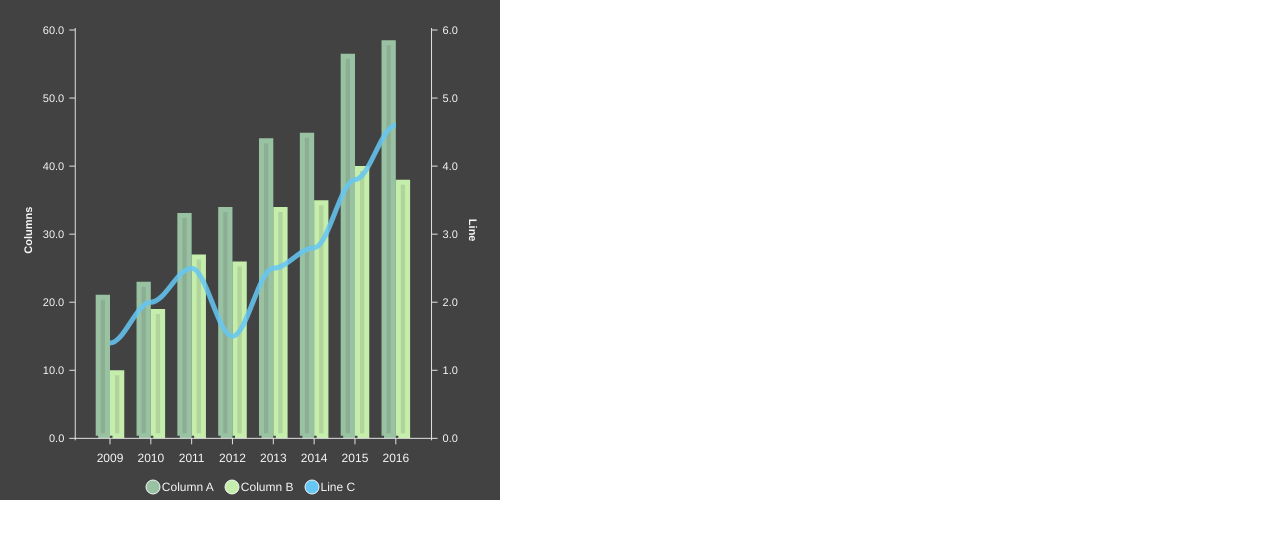
Repository: wanted-pre-onboarding-internship-1team/pre-onboarding-9th-3-1
Page: /
The author's editor kept a copy of each file at every save. The page is drawn from the files as they stood at one save, then again after the next save.
The browser window is 1280 px wide. The pictures show the whole page.
The project was rebuilt for these pictures with package versions that can differ from the ones it lists, and the page was loaded fresh each time.

Above is the page before, as saved 2023-03-15 00:26:34.

### public/index.html
<!DOCTYPE html>
<html lang="en">
  <head>
    <meta charset="utf-8" />
    <link rel="icon" href="%PUBLIC_URL%/favicon.ico" />
    <meta name="viewport" content="width=device-width, initial-scale=1" />
    <meta name="theme-color" content="#000000" />

    <title>React App</title>
  </head>

  <body>
    <div id="root"></div>
  </body>
</html>

### src/index.tsx
import App from './App';
import './index.css';
import React from 'react';
import ReactDOM from 'react-dom/client';
import { BrowserRouter } from 'react-router-dom';

const root = ReactDOM.createRoot(
  document.getElementById('root') as HTMLElement
);
root.render(
  <BrowserRouter>
    <App />
  </BrowserRouter>
);

### src/App.tsx
import Router from './router/router';
import { createGlobalStyle } from 'styled-components';
import reset from 'styled-reset';

const GlobalStyle = createGlobalStyle`
  ${reset}
`;

function App() {
  return (
    <>
      <GlobalStyle />
      <Router />
    </>
  );
}

export default App;

### src/router/router.tsx
import Mainpage from '../pages/Mainpage';
import React from 'react';
import { Route, Routes } from 'react-router-dom';

export default function router() {
  return (
    <Routes>
      <Route path='/' element={<Mainpage />} />
    </Routes>
  );
}

### src/pages/Mainpage.tsx
import { api } from '../apis';
import { GetMockResponse } from '../apis/types/mock';
import useMockList from '../hooks/useMockList';
import axios from 'axios';
import React, { useEffect, useState } from 'react';
import ApexCharts from 'react-apexcharts';

export default function Mainpage() {
  const test = useMockList();
  console.log(test);
  return (
    <div>
      <ApexCharts
        type='line'
        height='500'
        width='500'
        series={[
          {
            name: 'Column A',
            type: 'column',
            data: [21.1, 23, 33.1, 34, 44.1, 44.9, 56.5, 58.5],
          },
          {
            name: 'Column B',
            type: 'column',
            data: [10, 19, 27, 26, 34, 35, 40, 38],
          },
          {
            name: 'Line C',
            type: 'line',
            data: [1.4, 2, 2.5, 1.5, 2.5, 2.8, 3.8, 4.6],
          },
        ]}
        options={{
          theme: {
            mode: 'dark',
          },
          chart: {
            toolbar: {
              show: false,
            },
          },
          grid: { show: false },
          stroke: {
            curve: 'smooth',
            width: 5,
          },
          xaxis: {
            categories: [2009, 2010, 2011, 2012, 2013, 2014, 2015, 2016],
          },
          yaxis: [
            {
              seriesName: 'Column A',
              axisTicks: {
                show: true,
              },
              axisBorder: {
                show: true,
              },
              title: {
                text: 'Columns',
              },
            },
            {
              seriesName: 'Column A',
              show: false,
            },
            {
              opposite: true,
              seriesName: 'Line C',
              axisTicks: {
                show: true,
              },
              axisBorder: {
                show: true,
              },
              title: {
                text: 'Line',
              },
            },
          ],
          colors: ['#99C2A2', '#C5EDAC', '#66C7F4'],
        }}
      />
      {/* <ApexCharts
        height='500'
        width='1000'
        series={[
          {
            name: 'bar',
            type: 'column',
            data: test.barValueList,
          },
          {
            name: 'area',
            type: 'area',
            data: test.areaValueList,
          },
          {
            name: 'id',
            type: 'none',
            data: test.areaValueList,
          },
        ]}
        options={{
          stroke: {
            width: [0, 2, 5],
            curve: 'smooth',
          },
          dataLabels: {
            enabled: false,
          },
          yaxis: [
            {
              seriesName: 'area',
              axisTicks: {
                show: true,
              },
              axisBorder: {
                show: true,
              },
              title: {
                text: 'area1',
              },
            },
            {
              seriesName: 'bar',
              axisTicks: {
                show: true,
              },
              axisBorder: {
                show: true,
              },
              title: {
                text: 'bar',
              },
            },
          ],
          xaxis: {
            categories: test.timeList,
          },
          colors: ['#99C2A2', '#66C7F4', '#caa137'],
        }}
      /> */}
    </div>
  );
}

{
  /* <div>
<ApexCharts
  height='500'
  width='1000'
  series={[
    {
      name: 'TEAM A',
      type: 'column',
      data: test.areaValueList,
    },
  ]}
  options={{
    grid: {
      row: {
        colors: ['#f3f3f3', 'transparent'],
        opacity: 0.5,
      },
    },
    stroke: {
      width: [0, 2, 5],
      curve: 'smooth',
    },

    xaxis: {
      categories: test.timeList,
    },
    colors: ['red', 'blue'],
  }}
/>
</div> */
}

### src/hooks/useMockList.ts
import { api } from '../apis';
import { GetMockResponse } from '../apis/types/mock';
import { useEffect, useState } from 'react';

export default function useMockList() {
  const [originData, setOriginData] = useState<GetMockResponse['response']>();

  const dateList = originData ? Object.keys(originData) : [];

  const timeList = originData
    ? Object.keys(originData).map(time => time.split(' ')[1])
    : [];

  const idList = originData
    ? Object.entries(originData).map(entry => entry[1].id)
    : [];

  const barValueList = originData
    ? Object.entries(originData).map(entry => entry[1].value_bar)
    : [];

  const areaValueList = originData
    ? Object.entries(originData).map(entry => entry[1].value_area)
    : [];

  useEffect(() => {
    api.mock.getMockDatas().then(res => {
      const { data } = res;
      setOriginData(data.response);
    });
  }, []);

  return { timeList, dateList, idList, barValueList, areaValueList };
}

### src/apis/index.ts
import { instance } from './instance';
import MockService from './mockService';

const mockService = new MockService(instance);

export const api = { mock: mockService };

### src/apis/instance.ts
import axios, { AxiosInstance, AxiosRequestConfig, AxiosResponse } from 'axios';

interface CustomInstance extends AxiosInstance {
  get<T = unknown, R = AxiosResponse<T>, D = unknown>(
    url: string,
    config?: AxiosRequestConfig<D>
  ): Promise<R>;
}

const instance: CustomInstance = axios.create({
  baseURL: '/',
});

export { instance };

### src/apis/mockService.ts
import { instance } from './instance';
import { GetMockResponse } from './types/mock';

export default class MockService {
  constructor(private api: typeof instance) {}
  getMockDatas = async () => this.api.get<GetMockResponse>('data/mock.json');
}

### public/data/mock.json
{
  "type": "Flexsys Mock API",
  "version": 1.0,
  "response": {
    "2023-02-01 14:32:00": {
      "id": "성북구",
      "value_area": 46,
      "value_bar": 13111
    },
    "2023-02-01 14:32:05": {
      "id": "강남구",
      "value_area": 9,
      "value_bar": 19143
    },
    "2023-02-01 14:32:10": {
      "id": "노원구",
      "value_area": 79,
      "value_bar": 14798
    },
    "2023-02-01 14:32:15": {
      "id": "중랑구",
      "value_area": 4,
      "value_bar": 14456
    },
    "2023-02-01 14:32:20": {
      "id": "노원구",
      "value_area": 97,
      "value_bar": 19116
    },
    "2023-02-01 14:32:25": {
      "id": "성북구",
      "value_area": 66,
      "value_bar": 18098
    },
    "2023-02-01 14:32:30": {
      "id": "중랑구",
      "value_area": 84,
      "value_bar": 16243
    },
    "2023-02-01 14:32:35": {
      "id": "강남구",
      "value_area": 5,
      "value_bar": 13100
    },
    "2023-02-01 14:32:40": {
      "id": "성북구",
      "value_area": 13,
      "value_bar": 19429
    },
    "2023-02-01 14:32:45": {
      "id": "노원구",
      "value_area": 50,
      "value_bar": 14923
    },
    "2023-02-01 14:32:50": {
      "id": "강남구",
      "value_area": 24,
      "value_bar": 10127
    },
    "2023-02-01 14:32:55": {
      "id": "강남구",
      "value_area": 98,
      "value_bar": 12583
    },
    "2023-02-01 14:33:00": {
      "id": "중랑구",
      "value_area": 7,
      "value_bar": 12310
    },
    "2023-02-01 14:33:05": {
      "id": "중랑구",
      "value_area": 21,
      "value_bar": 15764
    },
    "2023-02-01 14:33:10": {
      "id": "강남구",
      "value_area": 67,
      "value_bar": 11060
    },
    "2023-02-01 14:33:15": {
      "id": "강남구",
      "value_area": 69,
      "value_bar": 14857
    },
    "2023-02-01 14:33:20": {
      "id": "노원구",
      "value_area": 86,
      "value_bar": 13995
    },
    "2023-02-01 14:33:25": {
      "id": "중랑구",
      "value_area": 59,
      "value_bar": 14773
    },
    "2023-02-01 14:33:30": {
      "id": "노원구",
      "value_area": 77,
      "value_bar": 18347
    },
    "2023-02-01 14:33:35": {
      "id": "성북구",
      "value_area": 77,
      "value_bar": 15970
    },
    "2023-02-01 14:33:40": {
      "id": "성북구",
      "value_area": 27,
      "value_bar": 18577
    },
    "2023-02-01 14:33:45": {
      "id": "성북구",
      "value_area": 33,
      "value_bar": 11704
    },
    "2023-02-01 14:33:50": {
      "id": "성북구",
      "value_area": 17,
      "value_bar": 17241
    },
    "2023-02-01 14:33:55": {
      "id": "노원구",
      "value_area": 22,
      "value_bar": 14450
    },
    "2023-02-01 14:34:00": {
      "id": "중랑구",
      "value_area": 27,
      "value_bar": 14970
    },
    "2023-02-01 14:34:05": {
      "id": "중랑구",
      "value_area": 99,
      "value_bar": 17906
    },
    "2023-02-01 14:34:10": {
      "id": "강남구",
      "value_area": 65,
      "value_bar": 11233
    },
    "2023-02-01 14:34:15": {
      "id": "노원구",
      "value_area": 38,
      "value_bar": 17306
    },
    "2023-02-01 14:34:20": {
      "id": "성북구",
      "value_area": 63,
      "value_bar": 14577
    },
    "2023-02-01 14:34:25": {
      "id": "중랑구",
      "value_area": 58,
      "value_bar": 13199
    },
    "2023-02-01 14:34:30": {
      "id": "중랑구",
      "value_area": 93,
      "value_bar": 12707
    },
    "2023-02-01 14:34:35": {
      "id": "강남구",
      "value_area": 74,
      "value_bar": 15064
    },
    "2023-02-01 14:34:40": {
      "id": "강남구",
      "value_area": 45,
      "value_bar": 16300
    },
    "2023-02-01 14:34:45": {
      "id": "성북구",
      "value_area": 7,
      "value_bar": 14605
    },
    "2023-02-01 14:34:50": {
      "id": "노원구",
      "value_area": 7,
      "value_bar": 15210
    },
    "2023-02-01 14:34:55": {
      "id": "성북구",
      "value_area": 89,
      "value_bar": 13578
    },
    "2023-02-01 14:35:00": {
      "id": "중랑구",
      "value_area": 37,
      "value_bar": 11298
    },
    "2023-02-01 14:35:05": {
      "id": "노원구",
      "value_area": 82,
      "value_bar": 15686
    },
    "2023-02-01 14:35:10": {
      "id": "중랑구",
      "value_area": 19,
      "value_bar": 11485
    },
    "2023-02-01 14:35:15": {
      "id": "성북구",
      "value_area": 37,
      "value_bar": 16848
    },
    "2023-02-01 14:35:20": {
      "id": "성북구",
      "value_area": 91,
      "value_bar": 18670
    },
    "2023-02-01 14:35:25": {
      "id": "강남구",
      "value_area": 44,
      "value_bar": 17165
    },
    "2023-02-01 14:35:30": {
      "id": "성북구",
      "value_area": 88,
      "value_bar": 15053
    },
    "2023-02-01 14:35:35": {
      "id": "성북구",
      "value_area": 1,
      "value_bar": 14998
    },
    "2023-02-01 14:35:40": {
      "id": "강남구",
      "value_area": 7,
      "value_bar": 17739
    },
    "2023-02-01 14:35:45": {
      "id": "중랑구",
      "value_area": 17,
      "value_bar": 19212
    },
    "2023-02-01 14:35:50": {
      "id": "노원구",
      "value_area": 73,
      "value_bar": 16757
    },
    "2023-02-01 14:35:55": {
      "id": "노원구",
      "value_area": 24,
      "value_bar": 12864
    },
    "2023-02-01 14:36:00": {
      "id": "노원구",
      "value_area": 99,
      "value_bar": 10178
    },
    "2023-02-01 14:36:05": {
      "id": "성북구",
      "value_area": 13,
      "value_bar": 19425
    },
    "2023-02-01 14:36:10": {
      "id": "강남구",
      "value_area": 2,
      "value_bar": 12455
    },
    "2023-02-01 14:36:15": {
      "id": "노원구",
      "value_area": 91,
      "value_bar": 16945
    },
    "2023-02-01 14:36:20": {
      "id": "성북구",
      "value_area": 10,
      "value_bar": 13734
    },
    "2023-02-01 14:36:25": {
      "id": "성북구",
      "value_area": 14,
      "value_bar": 13894
    },
    "2023-02-01 14:36:30": {
      "id": "중랑구",
      "value_area": 82,
      "value_bar": 19367
    },
    "2023-02-01 14:36:35": {
      "id": "중랑구",
      "value_area": 71,
      "value_bar": 15492
    },
    "2023-02-01 14:36:40": {
      "id": "강남구",
      "value_area": 2,
      "value_bar": 19082
    },
    "2023-02-01 14:36:45": {
      "id": "노원구",
      "value_area": 24,
      "value_bar": 13117
    },
    "2023-02-01 14:36:50": {
      "id": "노원구",
      "value_area": 96,
      "value_bar": 15744
    },
    "2023-02-01 14:36:55": {
      "id": "성북구",
      "value_area": 74,
      "value_bar": 15609
    },
    "2023-02-01 14:37:00": {
      "id": "노원구",
      "value_area": 48,
      "value_bar": 14747
    },
    "2023-02-01 14:37:05": {
      "id": "중랑구",
      "value_area": 34,
      "value_bar": 15331
    },
    "2023-02-01 14:37:10": {
      "id": "노원구",
      "value_area": 73,
      "value_bar": 12292
    },
    "2023-02-01 14:37:15": {
      "id": "강남구",
      "value_area": 77,
      "value_bar": 11454
    },
    "2023-02-01 14:37:20": {
      "id": "강남구",
      "value_area": 94,
      "value_bar": 12972
    },
    "2023-02-01 14:37:25": {
      "id": "성북구",
      "value_area": 29,
      "value_bar": 19279
    },
    "2023-02-01 14:37:30": {
      "id": "노원구",
      "value_area": 73,
      "value_bar": 18371
    },
    "2023-02-01 14:37:35": {
      "id": "노원구",
      "value_area": 50,
      "value_bar": 13317
    },
    "2023-02-01 14:37:40": {
      "id": "강남구",
      "value_area": 65,
      "value_bar": 18504
    },
    "2023-02-01 14:37:45": {
      "id": "성북구",
      "value_area": 87,
      "value_bar": 16196
    },
    "2023-02-01 14:37:50": {
      "id": "강남구",
      "value_area": 14,
      "value_bar": 19701
    },
    "2023-02-01 14:37:55": {
      "id": "중랑구",
      "value_area": 80,
      "value_bar": 14836
    },
    "2023-02-01 14:38:00": {
      "id": "노원구",
      "value_area": 14,
      "value_bar": 13074
    },
    "2023-02-01 14:38:05": {
      "id": "성북구",
      "value_area": 25,
      "value_bar": 18335
    },
    "2023-02-01 14:38:10": {
      "id": "중랑구",
      "value_area": 22,
      "value_bar": 15022
    },
    "2023-02-01 14:38:15": {
      "id": "노원구",
      "value_area": 6,
      "value_bar": 12043
    },
    "2023-02-01 14:38:20": {
      "id": "중랑구",
      "value_area": 88,
      "value_bar": 11144
    },
    "2023-02-01 14:38:25": {
      "id": "강남구",
      "value_area": 1,
      "value_bar": 17518
    },
    "2023-02-01 14:38:30": {
      "id": "노원구",
      "value_area": 90,
      "value_bar": 18643
    },
    "2023-02-01 14:38:35": {
      "id": "성북구",
      "value_area": 98,
      "value_bar": 18318
    },
    "2023-02-01 14:38:40": {
      "id": "중랑구",
      "value_area": 4,
      "value_bar": 10746
    },
    "2023-02-01 14:38:45": {
      "id": "강남구",
      "value_area": 43,
      "value_bar": 18806
    },
    "2023-02-01 14:38:50": {
      "id": "중랑구",
      "value_area": 43,
      "value_bar": 16209
    },
    "2023-02-01 14:38:55": {
      "id": "강남구",
      "value_area": 91,
      "value_bar": 14273
    },
    "2023-02-01 14:39:00": {
      "id": "성북구",
      "value_area": 31,
      "value_bar": 19193
    },
    "2023-02-01 14:39:05": {
      "id": "성북구",
      "value_area": 92,
      "value_bar": 19661
    },
    "2023-02-01 14:39:10": {
      "id": "노원구",
      "value_area": 20,
      "value_bar": 19574
    },
    "2023-02-01 14:39:15": {
      "id": "중랑구",
      "value_area": 72,
      "value_bar": 18963
    },
    "2023-02-01 14:39:20": {
      "id": "강남구",
      "value_area": 15,
      "value_bar": 13083
    },
    "2023-02-01 14:39:25": {
      "id": "성북구",
      "value_area": 34,
      "value_bar": 12868
    },
    "2023-02-01 14:39:30": {
      "id": "강남구",
      "value_area": 44,
      "value_bar": 10836
    },
    "2023-02-01 14:39:35": {
      "id": "중랑구",
      "value_area": 13,
      "value_bar": 14255
    },
    "2023-02-01 14:39:40": {
      "id": "노원구",
      "value_area": 35,
      "value_bar": 15437
    },
    "2023-02-01 14:39:45": {
      "id": "중랑구",
      "value_area": 95,
      "value_bar": 18426
    },
    "2023-02-01 14:39:50": {
      "id": "강남구",
      "value_area": 61,
      "value_bar": 11387
    },
    "2023-02-01 14:39:55": {
      "id": "성북구",
      "value_area": 18,
      "value_bar": 14312
    },
    "2023-02-01 14:40:00": {
      "id": "성북구",
      "value_area": 18,
      "value_bar": 18700
    },
    "2023-02-01 14:40:05": {
      "id": "중랑구",
      "value_area": 92,
      "value_bar": 18053
    },
    "2023-02-01 14:40:10": {
      "id": "강남구",
      "value_area": 75,
      "value_bar": 13460
    },
    "2023-02-01 14:40:15": {
      "id": "성북구",
      "value_area": 15,
      "value_bar": 14829
    }
  }
}

Loaded but not shown: src/index.css (common file)

After the next save:
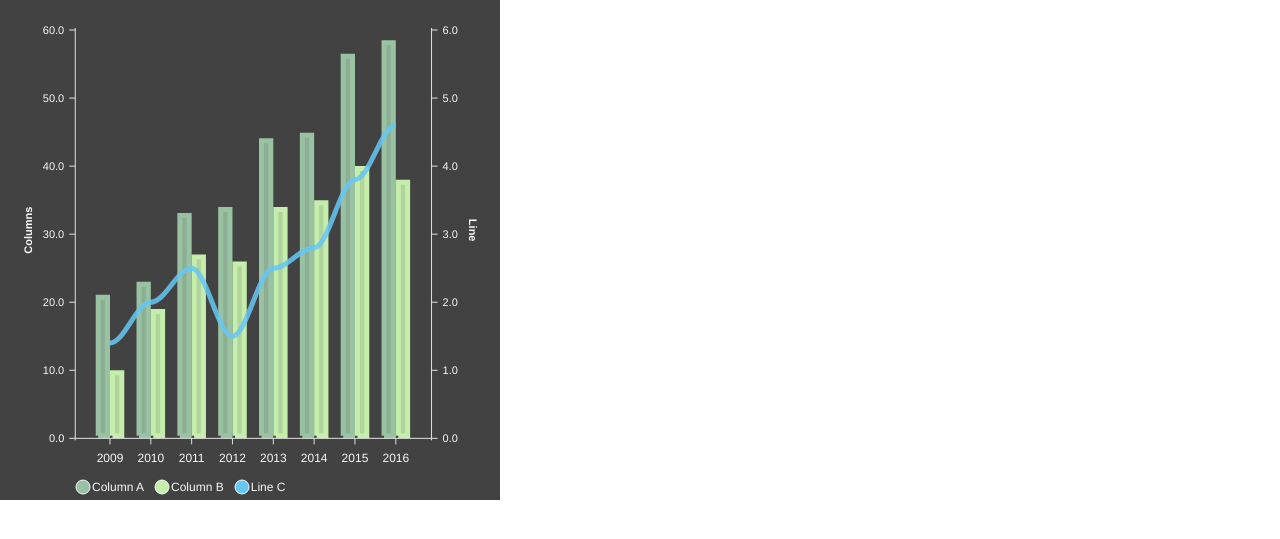
Saved 26 s later.
--- a/src/pages/Mainpage.tsx
+++ b/src/pages/Mainpage.tsx
@@ -80,6 +80,10 @@
             },
           ],
           colors: ['#99C2A2', '#C5EDAC', '#66C7F4'],
+          legend: {
+            horizontalAlign: 'left',
+            offsetX: 40,
+          },
         }}
       />
       {/* <ApexCharts

After the save that followed:
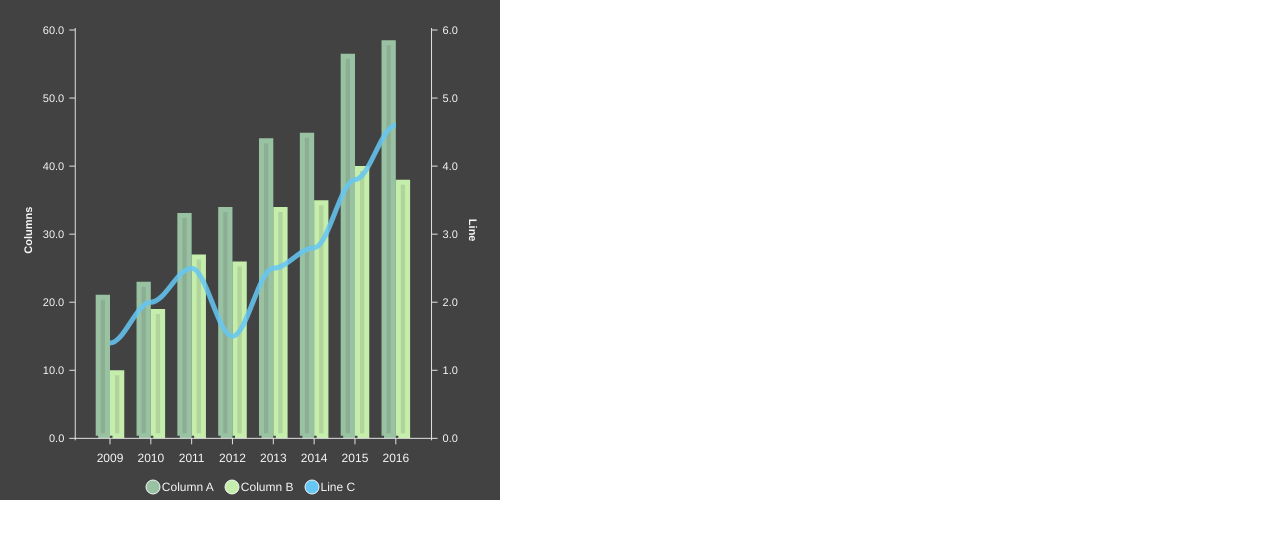
Saved 4 s later.
--- a/src/pages/Mainpage.tsx
+++ b/src/pages/Mainpage.tsx
@@ -80,10 +80,6 @@
             },
           ],
           colors: ['#99C2A2', '#C5EDAC', '#66C7F4'],
-          legend: {
-            horizontalAlign: 'left',
-            offsetX: 40,
-          },
         }}
       />
       {/* <ApexCharts
